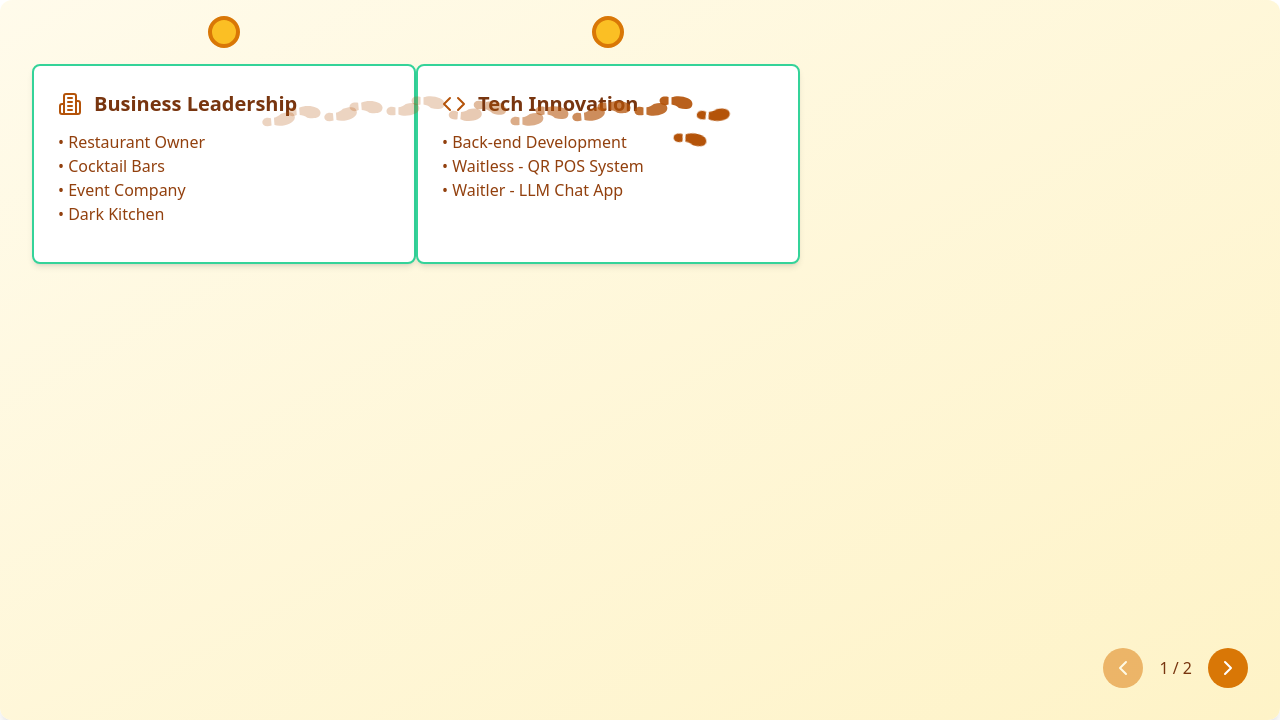
Repository: Galbaz1/dell_presentation
Page: /
The author's editor kept a copy of each file at every save. The page is drawn from the files as they stood at one save, then again after the next save.
The browser window is 1280 px wide. The pictures show the whole page.
The project was rebuilt for these pictures with package versions that can differ from the ones it lists, and the page was loaded fresh each time. The framework's server and built-in components were replaced by stand-ins that run in the browser. Also part of the build but not shown: styles/animations/slide2.css, slides/Slide2.tsx.

Above is the page before, as saved 2024-11-11 15:49:03.

### pages/_app.tsx
import '../styles/globals.css'
import '../styles/animations/slide1.css'
import '../styles/animations/slide2.css'
import type { AppProps } from 'next/app'

function MyApp({ Component, pageProps }: AppProps) {
  return <Component {...pageProps} />
}

export default MyApp

### pages/index.tsx
import SlideManager from '../components/slides/SlideManager';

export default function Home() {
  return <SlideManager />;
}

### styles/animations/slide1.css
@keyframes spin-slow {
  from {
    transform: rotate(0deg);
  }
  to {
    transform: rotate(360deg);
  }
}

.animate-spin-slow {
  animation: spin-slow 20s linear infinite;
}

@keyframes fallIn {
  0% {
    transform: translateY(-100vh) rotate(0deg);
    opacity: 0;
  }
  60% {
    transform: translateY(20px) rotate(720deg);
  }
  80% {
    transform: translateY(-10px) rotate(720deg);
  }
  100% {
    transform: translateY(0) rotate(720deg);
    opacity: 1;
  }
}

.fall-animation {
  opacity: 0;
  animation: fallIn 2s cubic-bezier(0.25, 0.46, 0.45, 0.94) forwards;
  animation-delay: 0.5s;
}

.fall-animation-delay-1 {
  animation-delay: 1s;
}

.fall-animation-delay-2 {
  animation-delay: 1.5s;
}

.footsteps-path {
  stroke-dasharray: 10;
  stroke-dashoffset: 1000;
  animation: dotted-line 1.5s ease-in-out forwards;
}

@keyframes dotted-line {
  0% {
    stroke-dashoffset: 1000;
  }
  100% {
    stroke-dashoffset: 0;
  }
}

### components/slides/SlideManager.tsx
import React, { useState } from 'react';
import Slide1 from '../../slides/Slide1';
import Slide2 from '../../slides/Slide2';
import SlideNavigation from './SlideNavigation';

const slides = [Slide1, Slide2];

const SlideManager: React.FC = () => {
  const [currentSlide, setCurrentSlide] = useState(0);
  const [key, setKey] = useState(0);

  const handleNext = () => {
    if (currentSlide < slides.length - 1) {
      setKey(prev => prev + 1);
      setCurrentSlide(curr => curr + 1);
    }
  };

  const handlePrev = () => {
    if (currentSlide > 0) {
      setKey(prev => prev + 1);
      setCurrentSlide(curr => curr - 1);
    }
  };

  const CurrentSlide = slides[currentSlide];

  return (
    <div className="relative">
      <div key={key}>
        <CurrentSlide />
      </div>
      <SlideNavigation
        currentSlide={currentSlide}
        totalSlides={slides.length}
        onNext={handleNext}
        onPrev={handlePrev}
      />
    </div>
  );
};

export default SlideManager;

### slides/Slide1.tsx
import React from 'react';
import { Building2, Code } from 'lucide-react';
import FootstepsAnimation from '../components/FootstepsAnimation';
import SlideLayout from '../components/slides/SlideLayout';

const Slide1: React.FC = () => {
  return (
    <SlideLayout>
      <FootstepsAnimation />
      <div className="flex justify-around items-center h-screen">
        {/* Business Experience */}
        <div className="w-96 relative fall-animation fall-animation-delay-1">
          <div className="absolute -top-4 left-1/2 transform -translate-x-1/2">
            <div className="w-8 h-8 rounded-full bg-amber-400 border-4 border-amber-600" />
          </div>
          <div className="bg-white p-6 rounded-lg shadow-md mt-8 h-[200px] flex flex-col border-2 border-emerald-400">
            <h2 className="text-xl font-semibold text-amber-900 mb-3 flex items-center">
              <Building2 className="mr-3 text-amber-700 w-6 h-6" /> Business Leadership
            </h2>
            <ul className="text-base text-amber-800 flex-1">
              <li>• Restaurant Owner</li>
              <li>• Cocktail Bars</li>
              <li>• Event Company</li>
              <li>• Dark Kitchen</li>
            </ul>
          </div>
        </div>

        {/* Tech Innovation */}
        <div className="w-96 relative fall-animation fall-animation-delay-2">
          <div className="absolute -top-4 left-1/2 transform -translate-x-1/2">
            <div className="w-8 h-8 rounded-full bg-amber-400 border-4 border-amber-600" />
          </div>
          <div className="bg-white p-6 rounded-lg shadow-md mt-8 h-[200px] flex flex-col border-2 border-emerald-400">
            <h2 className="text-xl font-semibold text-amber-900 mb-3 flex items-center">
              <Code className="mr-3 text-amber-700 w-6 h-6" /> Tech Innovation
            </h2>
            <ul className="text-base text-amber-800 flex-1">
              <li>• Back-end Development</li>
              <li>• Waitless - QR POS System</li>
              <li>• Waitler - LLM Chat App</li>
            </ul>
          </div>
        </div>
      </div>
    </SlideLayout>
  );
};

export default Slide1;

### components/slides/SlideNavigation.tsx
import React from 'react';
import { ChevronLeft, ChevronRight } from 'lucide-react';

interface SlideNavigationProps {
  currentSlide: number;
  totalSlides: number;
  onNext: () => void;
  onPrev: () => void;
}

const SlideNavigation: React.FC<SlideNavigationProps> = ({
  currentSlide,
  totalSlides,
  onNext,
  onPrev
}) => {
  return (
    <div className="absolute bottom-8 right-8 flex items-center gap-4">
      <button
        onClick={onPrev}
        disabled={currentSlide === 0}
        className="p-2 rounded-full bg-amber-600 text-white disabled:opacity-50"
      >
        <ChevronLeft className="w-6 h-6" />
      </button>
      <span className="text-amber-900">
        {currentSlide + 1} / {totalSlides}
      </span>
      <button
        onClick={onNext}
        disabled={currentSlide === totalSlides - 1}
        className="p-2 rounded-full bg-amber-600 text-white disabled:opacity-50"
      >
        <ChevronRight className="w-6 h-6" />
      </button>
    </div>
  );
};

export default SlideNavigation;

### components/FootstepsAnimation.tsx
import React, { useEffect, useRef } from 'react';
import gsap from 'gsap';

interface FootProps {
  ref: React.RefObject<SVGSVGElement>;
}

const RightFootprint = React.forwardRef<SVGSVGElement>((_, ref) => (
  <svg
    ref={ref}
    width="24"
    height="36"
    viewBox="0 0 16 32"
    fill="currentColor"
    xmlns="http://www.w3.org/2000/svg"
    className="footstep right-step"
    style={{ transform: 'rotate(90deg)', fill: '#b45309' }}
  >
    <path d="M5.058 20.918l6.21-1.664c-0.204-2.22 0-4.745 1.205-7.11 0.18-6.195-1.867-11.962-6.835-10.631-5.468 1.465-4.865 13.899-0.58 19.404v0zM5.468 23.537c0.343 11.974 12.512 6.497 6.318-1.693l-6.318 1.693z" />
  </svg>
));

const LeftFootprint = React.forwardRef<SVGSVGElement>((_, ref) => (
  <svg
    ref={ref}
    width="24"
    height="36"
    viewBox="20 0 16 32"
    fill="currentColor"
    xmlns="http://www.w3.org/2000/svg"
    className="footstep left-step"
    style={{ transform: 'rotate(90deg)', fill: '#b45309' }}
  >
    <path d="M27.227 20.917l-6.21-1.664c0.204-2.22-0-4.745-1.205-7.11-0.18-6.195 1.867-11.962 6.835-10.631 5.468 1.466 4.865 13.9 0.58 19.404v0zM26.818 23.536c-0.343 11.973-12.512 6.497-6.318-1.693l6.318 1.693z" />
  </svg>
));

const FootstepsAnimation: React.FC = () => {
  const leftFootRef = useRef<SVGSVGElement>(null);
  const rightFootRef = useRef<SVGSVGElement>(null);
  const ghostTrailRef = useRef<HTMLDivElement>(null);

  useEffect(() => {
    if (!leftFootRef.current || !rightFootRef.current || !ghostTrailRef.current) return;

    // River-like flowing path with gentle curves
    const horizontalPath = [
      // Start at first orange circle (Academic Foundation)
      { x: 280, y: 100 },    // Starting at first circle
      { x: 342, y: 95 },     // Gentle curve up (increased from 330)
      { x: 404, y: 90 },     // Peak (increased from 380)
      { x: 466, y: 95 },     // Coming down (increased from 430)
      { x: 528, y: 100 },    // Level (increased from 480)
      { x: 590, y: 95 },     // Rise (increased from 530)
      { x: 652, y: 90 },     // Peak (increased from 580)
      { x: 714, y: 95 },     // Descend (increased from 630)
      { x: 776, y: 100 },    // Second circle position (increased from 680)
      { x: 838, y: 95 },     // Begin rise (increased from 730)
      { x: 900, y: 90 },     // Peak (increased from 780)
      { x: 962, y: 95 },     // Start descent (increased from 830)
      { x: 1024, y: 100 },   // Level (increased from 880)
      { x: 1086, y: 95 },    // Rise (increased from 930)
      { x: 1148, y: 90 },    // Peak (increased from 980)
      { x: 1210, y: 95 },    // Descend (increased from 1030)
      { x: 1272, y: 100 },   // Third circle position (increased from 1080)
      { x: 1334, y: 95 },    // Final rise (increased from 1130)
      { x: 1396, y: 90 },    // Last peak (increased from 1180)
      { x: 1458, y: 95 },    // Final descent (increased from 1230)
      { x: 1520, y: 100 },   // End position (increased from 1280)
    ];

    // Calculate increment from horizontal path
    const horizontalIncrement = Math.abs(horizontalPath[1].x - horizontalPath[0].x); // Should be 62

    // New vertical path with 3 fewer steps
    const verticalPath = [
      { x: 1520, y: 100 },    // Start where horizontal path ended
      { x: 1525, y: 162 },    // Wave right
      { x: 1530, y: 224 },    // Peak right
      { x: 1525, y: 286 },    // Wave back center
      { x: 1520, y: 348 },    // Center
      { x: 1525, y: 410 },    // Wave right
      { x: 1530, y: 472 },    // Peak right
      { x: 1520, y: 534 },    // End position
    ];

    const createGhostTrail = (
      element: SVGSVGElement,
      x: number,
      y: number,
      rotation: number = 0,
      isVertical: boolean = false
    ): void => {
      if (!ghostTrailRef.current) return;

      const ghost = element.cloneNode(true) as SVGSVGElement;
      ghost.style.position = 'absolute';
      ghost.style.left = `${x}px`;
      ghost.style.top = `${y}px`;

      // Match ghost trail rotation with footstep rotation
      const ghostRotation = isVertical
        ? rotation  // Just use the same rotation as footsteps for vertical path
        : rotation; // Keep horizontal path rotation the same

      ghost.style.transform = `rotate(${ghostRotation}deg)`;
      ghost.style.color = '#d97706';
      ghost.classList.add('ghost-trail');

      ghostTrailRef.current.appendChild(ghost);

      gsap.to(ghost, {
        opacity: 0.25,
        duration: 3,
        ease: "none",
      });
    };

    const animateFootstep = (
      foot: SVGSVGElement,
      path: Array<{x: number, y: number}>,
      delay: number,
      isLeft: boolean,
      isVertical: boolean = false
    ): void => {
      path.forEach((point, index) => {
        const prevPoint = index > 0 ? path[index - 1] : point;
        const nextPoint = index < path.length - 1 ? path[index + 1] : point;

        const rotation = Math.atan2(
          nextPoint.y - prevPoint.y,
          nextPoint.x - prevPoint.x
        ) * 180 / Math.PI;

        // Define base offsets
        const sideOffset = isLeft ? -12 : 12;
        const heightOffset = isLeft ? 6 : -6;  // 20% increased from original 5/-5

        // Swap offsets based on direction
        const xOffset = isVertical ? heightOffset : sideOffset;
        const yOffset = isVertical ? sideOffset : heightOffset;

        // Adjust rotation for vertical path to point inwards while going down
        const finalRotation = isVertical
          ? rotation + 90 + (isLeft ? 15 : -15)  // Swapped the +/- for vertical to point inwards
          : rotation + 90 + (isLeft ? -15 : 15);  // Horizontal path unchanged

        gsap.to(foot, {
          x: point.x + xOffset,
          y: point.y + yOffset,
          rotation: finalRotation,
          duration: 0.6,
          delay: delay + (index * 0.7),
          ease: "power2.inOut",
          onComplete: () => createGhostTrail(
            foot,
            point.x + xOffset,
            point.y + yOffset,
            finalRotation,
            isVertical
          ),
        });
      });
    };

    // Start animations with proper timing
    const timeline = gsap.timeline();

    // First animate horizontal path (normal order)
    animateFootstep(leftFootRef.current, horizontalPath, 0, true, false);
    animateFootstep(rightFootRef.current, horizontalPath, 0.35, false, false);

    // Then animate vertical path with swapped left/right order and transition delay
    const horizontalDuration = horizontalPath.length * 0.7;
    // Add 0.7s extra delay for the inner footstep (the one that needs to wait)
    animateFootstep(leftFootRef.current, verticalPath, horizontalDuration + 0.7, false, true);  // Added 0.7s delay
    animateFootstep(rightFootRef.current, verticalPath, horizontalDuration + 0.35, true, true);  // Kept original timing

    return () => {
      timeline.kill();
    };
  }, []);

  return (
    <div className="fixed inset-0 pointer-events-none" style={{ zIndex: 50 }}>
      <div
        ref={ghostTrailRef}
        className="ghost-trail-container"
        style={{ zIndex: 50 }}
      />
      <LeftFootprint ref={leftFootRef} />
      <RightFootprint ref={rightFootRef} />
    </div>
  );
};

RightFootprint.displayName = 'RightFootprint';
LeftFootprint.displayName = 'LeftFootprint';

export default FootstepsAnimation;

### components/slides/SlideLayout.tsx
import React from 'react';

interface SlideLayoutProps {
  children: React.ReactNode;
  className?: string;
  gradient?: string;
}

const SlideLayout: React.FC<SlideLayoutProps> = ({
  children,
  className = '',
  gradient = 'from-amber-50 to-amber-100'
}) => {
  return (
    <div className={`bg-gradient-to-br ${gradient} p-8 rounded-xl shadow-lg min-h-screen overflow-hidden ${className}`}>
      {children}
    </div>
  );
};

export default SlideLayout;

### tailwind.config.js
/** @type {import('tailwindcss').Config} */
module.exports = {
  content: [
    "./pages/**/*.{js,ts,jsx,tsx}",
    "./components/**/*.{js,ts,jsx,tsx}",
    "./styles/**/*.css",
  ],
  theme: {
    extend: {},
  },
  plugins: [],
}

Loaded but not shown: styles/globals.css (common file)

After the next save:
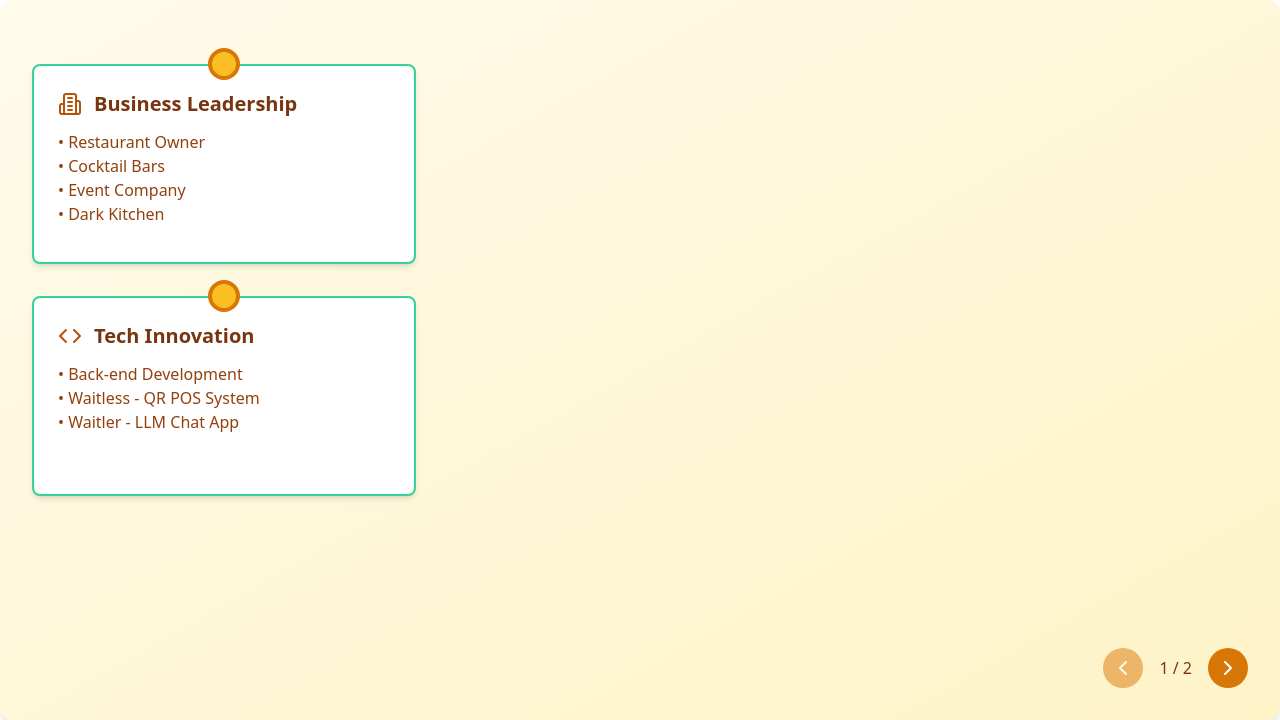
Saved 10 s later.
--- a/slides/Slide1.tsx
+++ b/slides/Slide1.tsx
@@ -6,41 +6,38 @@ import SlideLayout from '../components/slides/SlideLayout';
 const Slide1: React.FC = () => {
   return (
     <SlideLayout>
-      <FootstepsAnimation />
-      <div className="flex justify-around items-center h-screen">
-        {/* Business Experience */}
-        <div className="w-96 relative fall-animation fall-animation-delay-1">
-          <div className="absolute -top-4 left-1/2 transform -translate-x-1/2">
-            <div className="w-8 h-8 rounded-full bg-amber-400 border-4 border-amber-600" />
-          </div>
-          <div className="bg-white p-6 rounded-lg shadow-md mt-8 h-[200px] flex flex-col border-2 border-emerald-400">
-            <h2 className="text-xl font-semibold text-amber-900 mb-3 flex items-center">
-              <Building2 className="mr-3 text-amber-700 w-6 h-6" /> Business Leadership
-            </h2>
-            <ul className="text-base text-amber-800 flex-1">
-              <li>• Restaurant Owner</li>
-              <li>• Cocktail Bars</li>
-              <li>• Event Company</li>
-              <li>• Dark Kitchen</li>
-            </ul>
-          </div>
+      {/* Business Experience */}
+      <div className="w-96 relative fall-animation fall-animation-delay-1">
+        <div className="absolute -top-4 left-1/2 transform -translate-x-1/2">
+          <div className="w-8 h-8 rounded-full bg-amber-400 border-4 border-amber-600" />
         </div>
+        <div className="bg-white p-6 rounded-lg shadow-md mt-8 h-[200px] flex flex-col border-2 border-emerald-400">
+          <h2 className="text-xl font-semibold text-amber-900 mb-3 flex items-center">
+            <Building2 className="mr-3 text-amber-700 w-6 h-6" /> Business Leadership
+          </h2>
+          <ul className="text-base text-amber-800 flex-1">
+            <li>• Restaurant Owner</li>
+            <li>• Cocktail Bars</li>
+            <li>• Event Company</li>
+            <li>• Dark Kitchen</li>
+          </ul>
+        </div>
+      </div>
 
-        {/* Tech Innovation */}
-        <div className="w-96 relative fall-animation fall-animation-delay-2">
-          <div className="absolute -top-4 left-1/2 transform -translate-x-1/2">
-            <div className="w-8 h-8 rounded-full bg-amber-400 border-4 border-amber-600" />
-          </div>
-          <div className="bg-white p-6 rounded-lg shadow-md mt-8 h-[200px] flex flex-col border-2 border-emerald-400">
-            <h2 className="text-xl font-semibold text-amber-900 mb-3 flex items-center">
-              <Code className="mr-3 text-amber-700 w-6 h-6" /> Tech Innovation
-            </h2>
-            <ul className="text-base text-amber-800 flex-1">
-              <li>• Back-end Development</li>
-              <li>• Waitless - QR POS System</li>
-              <li>• Waitler - LLM Chat App</li>
-            </ul>
-          </div>
+      {/* Tech Innovation */}
+      <div className="w-96 relative fall-animation fall-animation-delay-2">
+        <div className="absolute -top-4 left-1/2 transform -translate-x-1/2">
+          <div className="w-8 h-8 rounded-full bg-amber-400 border-4 border-amber-600" />
+        </div>
+        <div className="bg-white p-6 rounded-lg shadow-md mt-8 h-[200px] flex flex-col border-2 border-emerald-400">
+          <h2 className="text-xl font-semibold text-amber-900 mb-3 flex items-center">
+            <Code className="mr-3 text-amber-700 w-6 h-6" /> Tech Innovation
+          </h2>
+          <ul className="text-base text-amber-800 flex-1">
+            <li>• Back-end Development</li>
+            <li>• Waitless - QR POS System</li>
+            <li>• Waitler - LLM Chat App</li>
+          </ul>
         </div>
       </div>
     </SlideLayout>
